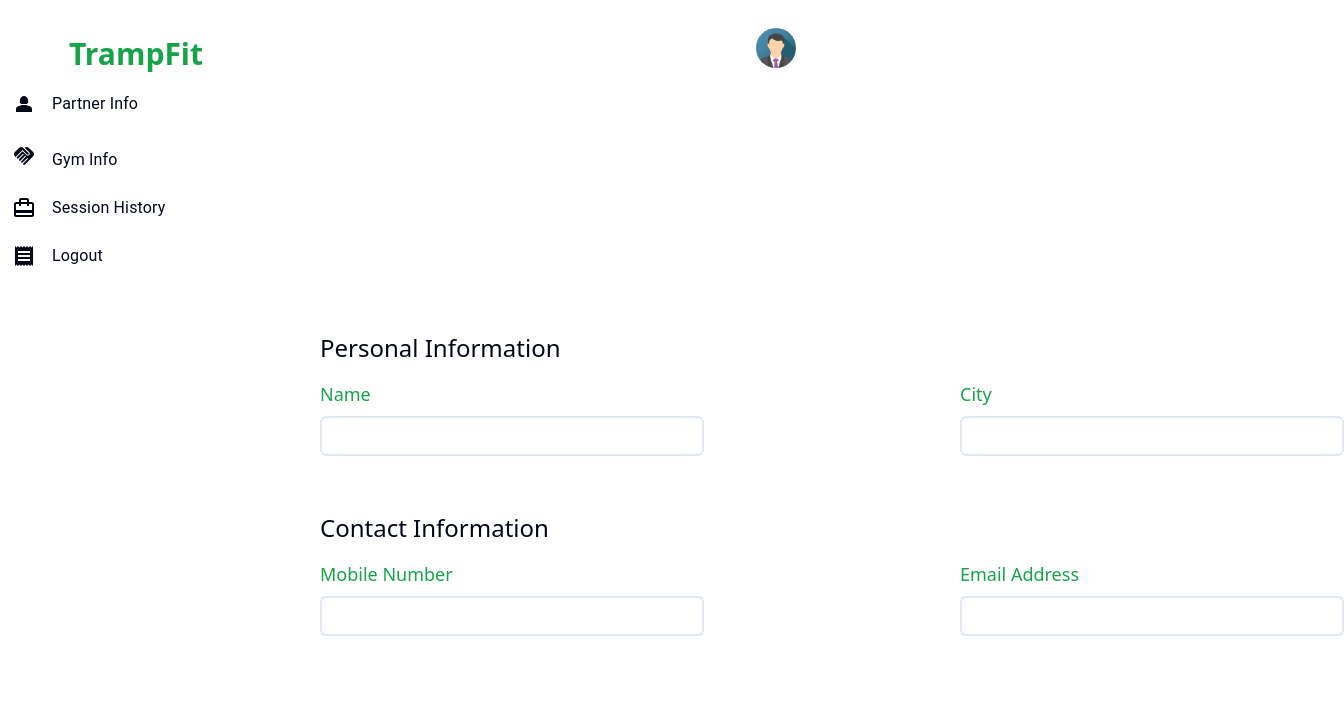
Repository: ezioxatul/TrampFit-Website
Page: /partner/partnerDashboard/partnerInfo (app in Frontend/)
An editor plug-in stored every save of this project. The page is shown before and after the next save, followed by the edit.
The browser window is 1280 px wide. The page is 1344 px wide, so the pictures cover 1344 px, including what lies to the right of the window. The pictures show the whole page.
The project was rebuilt for these pictures with package versions that can differ from the ones it lists, and the page was loaded fresh each time. The framework's server and built-in components were replaced by stand-ins that run in the browser. Also part of the build but not shown: Frontend/next.config.js, Frontend/next.config.mjs, Frontend/components/Loader.js, Frontend/components/Popup.js.

Above is the page before, as saved 2024-05-16 17:48:10.

### Frontend/pages/_app.js
import Loader from "@/components/Loader";
import "@/styles/globals.css";
import { useRouter } from "next/router";
import { useEffect, useState } from "react";


const Loading = () => {

  return (
    <Loader/>
  );
}

export default function App({ Component, pageProps }) {

  const [loading, setLoading] = useState(false);
  const router = useRouter();

  useEffect(() => {
    const handleStart = () => setLoading(true);
    const handleComplete = () => setLoading(false);

    router.events.on('routeChangeStart', handleStart);
    router.events.on('routeChangeComplete', handleComplete);
    router.events.on('routeChangeError', handleComplete);

    return () => {
      router.events.off('routeChangeStart', handleStart);
      router.events.off('routeChangeComplete', handleComplete);
      router.events.off('routeChangeError', handleComplete);
    };
  }, []);

  return (
    <>
    <div className="h-2">
      {
        loading  &&
          <Loading />

      }
      </div>
          <Component {...pageProps} />

    </>
  );
}

### Frontend/pages/_document.js
import { Html, Head, Main, NextScript } from "next/document";

export default function Document() {
  return (
    <Html lang="en">
          <Head />
          <body>
            <Main />
            <NextScript />
          </body>
        </Html>
        );
}

### Frontend/pages/partner/partnerDashboard/partnerInfo.js
import PartnerSideBar from "@/components/PartnerSideBar";
import { Avatar } from "@mui/material";
import { Input } from "@/components/ui/input";
import { Label } from "@/components/ui/label";
import { useEffect, useState } from "react";
import { useRouter } from "next/router";
import { ToastContainer, toast } from "react-toastify";

export default function partnerInfo() {
    const inputClassName = "w-96 text-lg border-2";
    const labelClassName = "text-lg text-green-600 font-normal";
    const containerClassName = "ml-80";

    return (
        <>
            <div className="flex flex-col min-h-screen">
                <div className="flex">
                    <PartnerSideBar />
                        <Avatar className="w-36 mx-auto mt-5 h-36 text-6xl bg-black" src="/avtar.png" />
                </div>
                <div>
                    <h1 className={`${containerClassName} text-2xl mb-4`}>Personal Information</h1>
                    <div className={`${containerClassName} flex mb-10`}>
                        <div className="mr-32 space-y-2">
                            <Label htmlFor="name" className={labelClassName}>
                                Name
                            </Label>
                            <Input type="text" className={inputClassName} />
                        </div>
                        <div className="ml-32 space-y-2">
                            <Label htmlFor="city" className={labelClassName}>
                                City
                            </Label>
                            <Input type="text" className={inputClassName} />
                        </div>
                    </div>
                </div>
                <div>
                    <h1 className={`${containerClassName} text-2xl mb-4 mt-4`}>Contact Information</h1>
                    <div className={`${containerClassName} flex mb-10`}>
                        <div className="mr-32 space-y-2">
                            <Label htmlFor="name" className={labelClassName}>
                                Mobile Number
                            </Label>
                            <Input type="text" className={inputClassName} />
                        </div>
                        <div className="ml-32 space-y-2 mb-10">
                            <Label htmlFor="city" className={labelClassName}>
                                Email Address
                            </Label>
                            <Input type="text" className={inputClassName} />
                        </div>
                        <ToastContainer />
                    </div>
                </div>
            </div>
        </>
    );
}

### Frontend/styles/globals.css
@tailwind base;
@tailwind components;
@tailwind utilities;


@layer base {
  :root {
    --background: 0 0% 100%;
    --foreground: 222.2 84% 4.9%;

    --card: 0 0% 100%;
    --card-foreground: 222.2 84% 4.9%;

    --popover: 0 0% 100%;
    --popover-foreground: 222.2 84% 4.9%;

    --primary: 222.2 47.4% 11.2%;
    --primary-foreground: 210 40% 98%;

    --secondary: 210 40% 96.1%;
    --secondary-foreground: 222.2 47.4% 11.2%;

    --muted: 210 40% 96.1%;
    --muted-foreground: 215.4 16.3% 46.9%;

    --accent: 210 40% 96.1%;
    --accent-foreground: 222.2 47.4% 11.2%;

    --destructive: 0 84.2% 60.2%;
    --destructive-foreground: 210 40% 98%;

    --border: 214.3 31.8% 91.4%;
    --input: 214.3 31.8% 91.4%;
    --ring: 222.2 84% 4.9%;

    --radius: 0.5rem;
  }

  .dark {
    --background: 222.2 84% 4.9%;
    --foreground: 210 40% 98%;

    --card: 222.2 84% 4.9%;
    --card-foreground: 210 40% 98%;

    --popover: 222.2 84% 4.9%;
    --popover-foreground: 210 40% 98%;

    --primary: 210 40% 98%;
    --primary-foreground: 222.2 47.4% 11.2%;

    --secondary: 217.2 32.6% 17.5%;
    --secondary-foreground: 210 40% 98%;

    --muted: 217.2 32.6% 17.5%;
    --muted-foreground: 215 20.2% 65.1%;

    --accent: 217.2 32.6% 17.5%;
    --accent-foreground: 210 40% 98%;

    --destructive: 0 62.8% 30.6%;
    --destructive-foreground: 210 40% 98%;

    --border: 217.2 32.6% 17.5%;
    --input: 217.2 32.6% 17.5%;
    --ring: 212.7 26.8% 83.9%;
  }
}

@layer base {
  * {
    @apply border-border;
  }
  body {
    @apply bg-background text-foreground;
  }
}


.outline_remove:focus{


}
.focus-visible\:ring-offset-2:focus-visible{
  border:none !important;
  outline: none !important;
  border-style: none;
}

### Frontend/components/PartnerSideBar.js
import List from '@mui/material/List';
import ListItemButton from '@mui/material/ListItemButton';
import ListItemText from '@mui/material/ListItemText';
import Person2Icon from '@mui/icons-material/Person2';
import HandshakeIcon from '@mui/icons-material/Handshake';
import CardTravelIcon from '@mui/icons-material/CardTravel';
import ReceiptIcon from '@mui/icons-material/Receipt';
import LogoutIcon from '@mui/icons-material/Logout';

import { useState } from 'react';
import Link from 'next/link';
import Popup from './Popup';
import { useRouter } from 'next/router';

export default function PartnerSideBar() {

    let SideBarHeading = ['Partner Info', 'Gym Info', 'Session History', 'Logout'];

    let router = useRouter();
    let [start, setStart] = useState(false);

    const logout = () => {
        setStart(!start);
    }


    const logoutEvent = () => {
        localStorage.removeItem('partnerToken');
        setStart(false);
        router.push('/partner/partnerLogin')
    }
    return (
        <>
            <div className=" w-72  m-[-8px] p-1  mb-10">
                <Link href="#"><h1 className=' text-green-600 text-3xl font-semibold text-center mt-8 cursor-pointer'>TrampFit</h1></Link>

                <List className='bg-white mt-8 ml-6 space-y-2'>
                    {
                        SideBarHeading.map((text, index) => {
                            return (
                                index === 1 ?
                                    <>

                                        <ListItemButton className=' space-x-4 flex justify-between hover:bg-green-100 hover:rounded-2xl hover:text-green-600'>
                                            <Link href="#" className='flex space-x-4 '>
                                                <HandshakeIcon className='text-2xl' />
                                                <ListItemText primary={text} />
                                            </Link>
                                        </ListItemButton>

                                    </> :
                                    index === 0 ?
                                        <Link href="#">
                                            <ListItemButton className=' space-x-4 hover:bg-green-100 hover:rounded-2xl hover:text-green-600'>
                                                <Person2Icon className='text-2xl' />
                                                <ListItemText primary={text} />
                                            </ListItemButton>
                                        </Link> :
                                        index === 2 ?
                                            <Link href="#">
                                                <ListItemButton className=' space-x-4 hover:bg-green-100 hover:rounded-2xl hover:text-green-600'>
                                                    <CardTravelIcon className='text-2xl' />
                                                    <ListItemText primary={text} />
                                                </ListItemButton>
                                            </Link> :
                                            index === 3 ?
                                                <Link href="#">
                                                    <ListItemButton className=' space-x-4 hover:bg-green-100 hover:rounded-2xl hover:text-green-600'>
                                                        <ReceiptIcon className='text-2xl' />
                                                        <ListItemText primary={text} />
                                                    </ListItemButton>
                                                </Link> :
                                                <ListItemButton className=' space-x-4 hover:bg-green-100 hover:rounded-2xl hover:text-green-600' onClick={logout}>
                                                    <LogoutIcon className='text-2xl' />
                                                    <ListItemText primary={text} />
                                                    <Popup open={start} title={"Do you Really want to Logout?"} cancel="Cancel" logout="Logout" logoutEvent={logoutEvent} cancelEvent={logout} />
                                                </ListItemButton>
                            )
                        })
                    }
                </List>
            </div>
        </>
    );
}

### Frontend/tailwind.config.js
/** @type {import('tailwindcss').Config} */
module.exports = {
  darkMode: ["class"],
  content: [
    './pages/**/*.{js,jsx}',
    './components/**/*.{js,jsx}',
    './app/**/*.{js,jsx}',
    './src/**/*.{js,jsx}',
  ],
  prefix: "",
  theme: {
    container: {
      center: true,
      padding: "2rem",
      screens: {
        "2xl": "1400px",
      },
    },
    extend: {fontFamily: {
      play: ["Play", "sans-serif"],
    },
      colors: {
        border: "hsl(var(--border))",
        input: "hsl(var(--input))",
        ring: "hsl(var(--ring))",
        background: "hsl(var(--background))",
        foreground: "hsl(var(--foreground))",
        primary: {
          DEFAULT: "hsl(var(--primary))",
          foreground: "hsl(var(--primary-foreground))",
        },
        secondary: {
          DEFAULT: "hsl(var(--secondary))",
          foreground: "hsl(var(--secondary-foreground))",
        },
        destructive: {
          DEFAULT: "hsl(var(--destructive))",
          foreground: "hsl(var(--destructive-foreground))",
        },
        muted: {
          DEFAULT: "hsl(var(--muted))",
          foreground: "hsl(var(--muted-foreground))",
        },
        accent: {
          DEFAULT: "hsl(var(--accent))",
          foreground: "hsl(var(--accent-foreground))",
        },
        popover: {
          DEFAULT: "hsl(var(--popover))",
          foreground: "hsl(var(--popover-foreground))",
        },
        card: {
          DEFAULT: "hsl(var(--card))",
          foreground: "hsl(var(--card-foreground))",
        },
      },
      borderRadius: {
        lg: "var(--radius)",
        md: "calc(var(--radius) - 2px)",
        sm: "calc(var(--radius) - 4px)",
      },
      keyframes: {
        "accordion-down": {
          from: { height: "0" },
          to: { height: "var(--radix-accordion-content-height)" },
        },
        "accordion-up": {
          from: { height: "var(--radix-accordion-content-height)" },
          to: { height: "0" },
        },
      },
      animation: {
        "accordion-down": "accordion-down 0.2s ease-out",
        "accordion-up": "accordion-up 0.2s ease-out",
      },
    },
  },
  plugins: [require("tailwindcss-animate")],
}

Loaded but not shown: Frontend/components/ui/input.jsx (common file); Frontend/components/ui/label.jsx (common file); Frontend/lib/utils.js (common file)

After the next save:
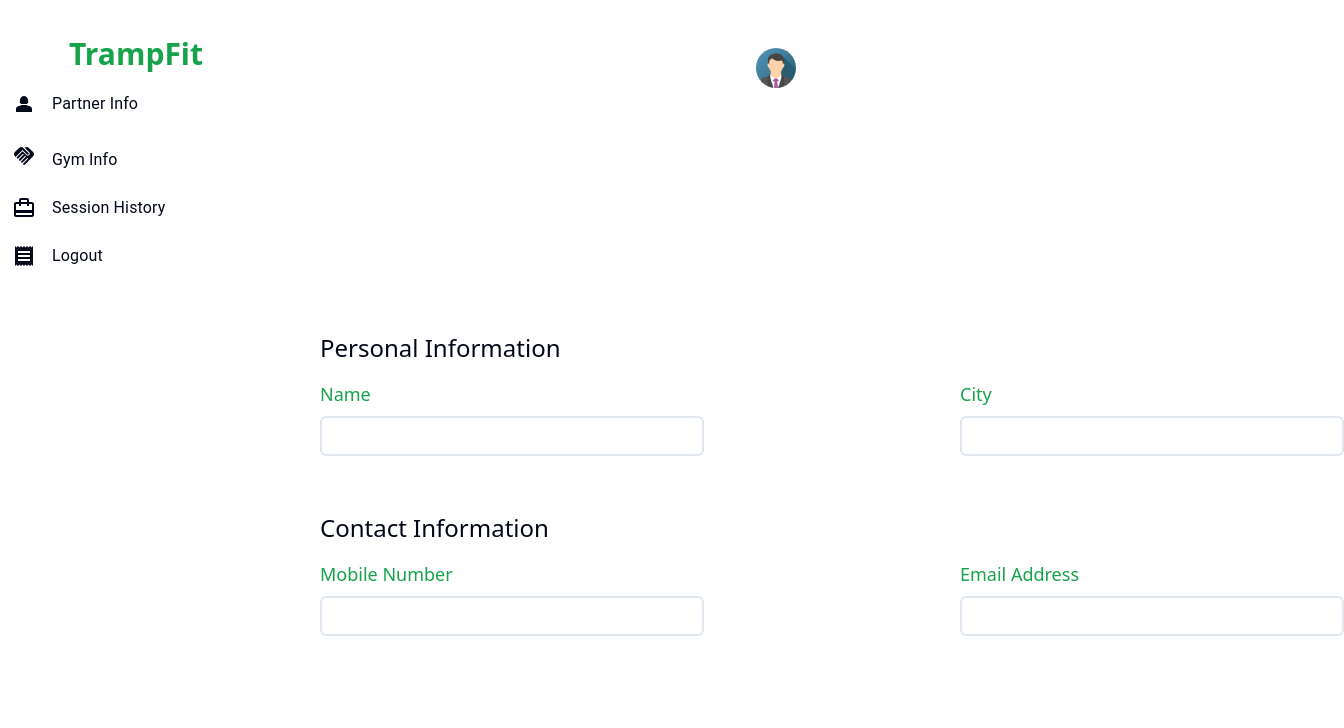
Saved 33 s later.
--- a/Frontend/pages/partner/partnerDashboard/partnerInfo.js
+++ b/Frontend/pages/partner/partnerDashboard/partnerInfo.js
@@ -16,7 +16,7 @@ export default function partnerInfo() {
             <div className="flex flex-col min-h-screen">
                 <div className="flex">
                     <PartnerSideBar />
-                        <Avatar className="w-36 mx-auto mt-5 h-36 text-6xl bg-black" src="/avtar.png" />
+                        <Avatar className="w-36 mx-auto mt-10 h-36 text-6xl bg-black" src="/avtar.png" />
                 </div>
                 <div>
                     <h1 className={`${containerClassName} text-2xl mb-4`}>Personal Information</h1>
